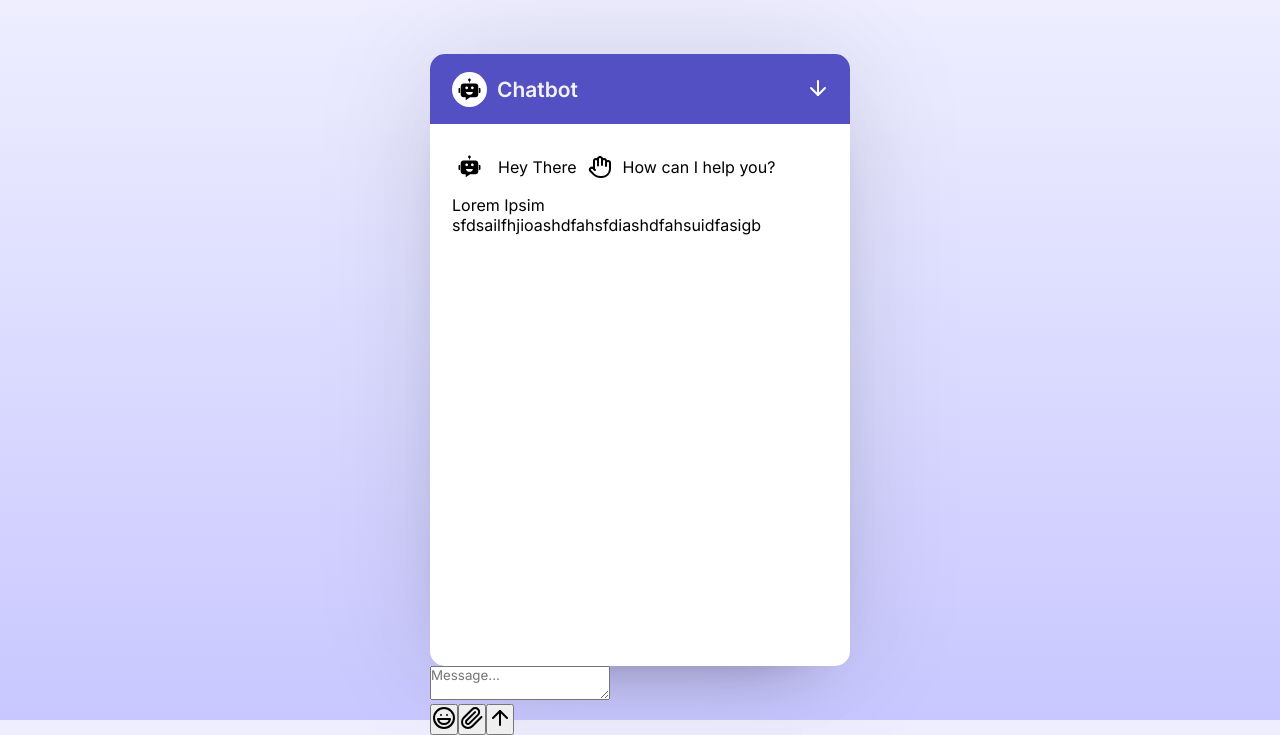
Repository: guilhermecardoso93/ai-bot
Page: /
The author's editor kept a copy of each file at every save. The page is drawn from the files as they stood at one save, then again after the next save.
The browser window is 1280 px wide. The pictures show the whole page.
The project was rebuilt for these pictures with package versions that can differ from the ones it lists, and the page was loaded fresh each time. Also part of the build but not shown: vite.config.js.

Above is the page before, as saved 2024-11-11 20:50:54.

### index.html
<!doctype html>
<html lang="en">

<head>
    <meta charset="UTF-8" />
    <link rel="icon" type="image/svg+xml" href="/vite.svg" />
    <link rel="preconnect" href="https://fonts.googleapis.com">
    <link rel="preconnect" href="https://fonts.gstatic.com" crossorigin>
    <link href="https://fonts.googleapis.com/css2?family=Inter:ital,opsz,wght@0,14..32,100..900;1,14..32,100..900&family=Outfit:wght@100..900&display=swap" rel="stylesheet">
    <meta name="viewport" content="width=device-width, initial-scale=1.0" />
    <title>Ai ChatBot</title>
</head>

<body>
    <div id="root"></div>
    <script type="module" src="/src/main.jsx"></script>
</body>

</html>

### src/index.css
:root {
  font-synthesis: none;
  text-rendering: optimizeLegibility;
  -webkit-font-smoothing: antialiased;
  -moz-osx-font-smoothing: grayscale;
}

* {
  padding: 0;
  margin: 0;
  box-sizing: border-box;
  font-family: "Inter", serif;
  font-optical-sizing: auto;
  font-style: normal;
}

body {
  display: flex;
  align-items: center;
  justify-content: center;
  min-height: 100vh;
  background: linear-gradient(#eeeeff, #c8c7ff);
}

.chatbot-popup {
  width: 420px;
  background: #ffff;
  overflow: hidden;
  border-radius: 15px;
  box-shadow: 0 0 128px rgba(0, 0, 0, 0.1), 0 32px 64px -48px rgba(0, 0, 0, 0.5);
}

.chat-header {
  display: flex;
  align-items: center;
  background-color: #5350c4;
  padding: 15px 22px;
  justify-content: space-between;
}

.chat-header .header-info {
  display: flex;
  align-items: center;
  gap: 10px;
}

.header-info .logo {
  width: 35px;
  width: 35px;
  background: #fff;
  border-radius: 50%;
  flex-shrink: 0;
  padding: 4px;
}

.header-info .logo-text {
  color: #f2f2f2;
  font-weight: 600;
  font-size: 1.31rem;
}

.chat-header #close-chatbot {
  border: none;
  color: #fff;
  height: 40px;
  width: 40px;
  border-radius: 50%;
  font-size: 1.9rem;
  cursor: pointer;
  margin-right: -10px;
  background: none;
  transition: 0.2s ease;
}

.chat-header #close-chatbot:hover {
  background-color: #3d39ac;
}

.chat-body {
  padding: 25px 22px;
  display: flex;
  gap: 20px;
  height: 460px;
  margin-bottom: 82px;
  flex-direction: column;
  overflow-y: auto;
}


.chat-body .message {
  display: flex;
  flex-direction: column;
  gap: 11px;
  align-items: start;
}

.chat-body .message-text-box {
  display: flex;
  gap: 11px;
  align-items: center;
  justify-content: space-between;

}

.chat-body .bot-avatar {
  width: 45px;
  width: 35px;
  background: #fff;
  border-radius: 50%;
  flex-shrink: 0;
  padding: 4px;
}

.chat-footer {
  position: absolute;
}

### src/App.jsx
import { Main } from "./components/Main";

export function App() {
  return (
    <>
      <Main />
    </>
  );
}

### src/components/Main.jsx
import { Hand, ArrowDown, Laugh, Paperclip, ArrowUp } from "lucide-react";
import Logo from "../assets/logo.svg";

export function Main() {
  return (
    <div className="chatbot-popup">
      {/* Header */}
      <div className="chat-header">
        <div className="header-info">
          <img src={Logo} alt="" className="logo" />
          <h2 className="logo-text">Chatbot</h2>
        </div>
        <button className="material-symbols-rounded" id="close-chatbot">
          <ArrowDown />
        </button>
      </div>

      {/* Body */}
      <div className="chat-body">
        <div className="message bot-message">
          <div className="message-text-box">
            <img src={Logo} alt="" className="bot-avatar" />
            <p className="message-text">Hey There</p>
            <Hand />
            <p>

              How can I help you?
            </p>
          </div>
          <div className="message-user">
            <p className="message-text">
              Lorem Ipsim sfdsailfhjioashdfahsfdiashdfahsuidfasigb
            </p>
          </div>
        </div>
      </div>

      {/* Footer */}
      <div className="chat-footer">
        <form action="" className="chat-form">
          <textarea
            placeholder="Message..."
            className="message-input"
          ></textarea>
          <div className="chat-controls">
            <button type="button" className="material-symbols-rounded">
              <Laugh />
            </button>
            <button type="button" className="material-symbols-rounded">
              <Paperclip />
            </button>
            <button type="button" className="material-symbols-rounded">
              <ArrowUp />
            </button>
          </div>
        </form>
      </div>
    </div>
  );
}

Loaded but not shown: src/main.jsx (common file)

After the next save:
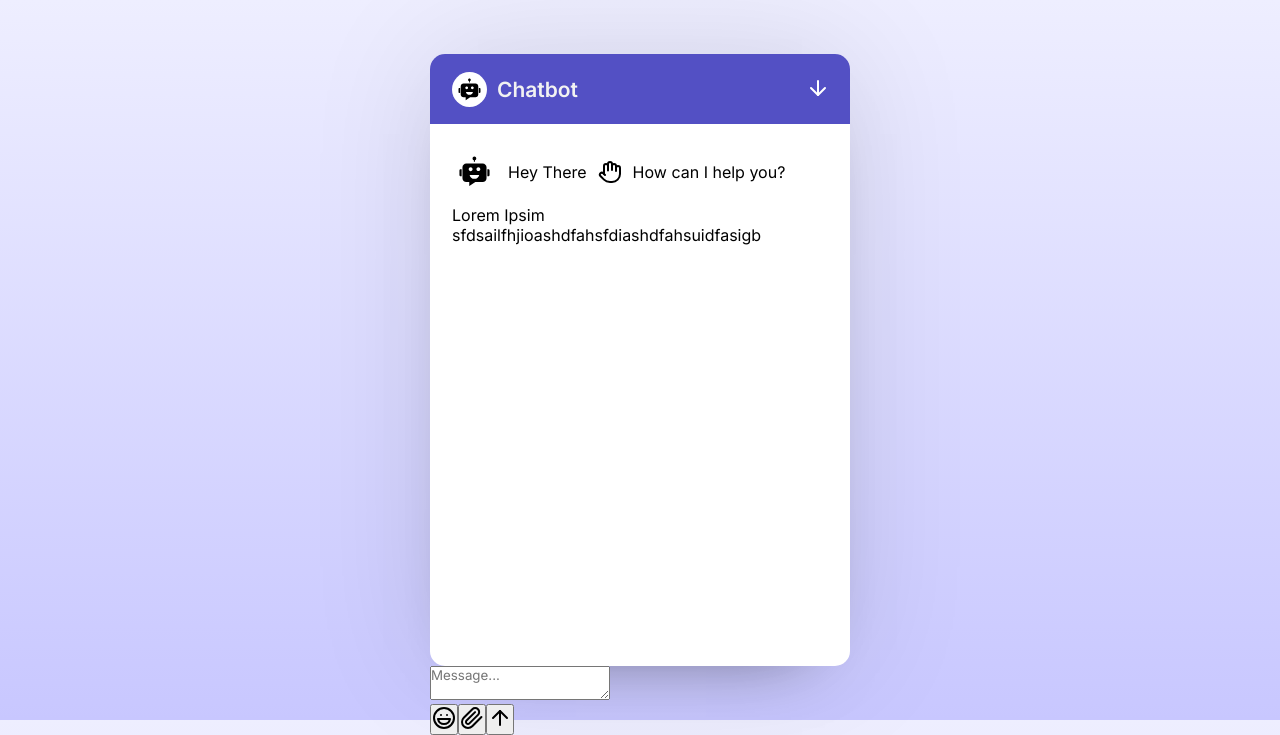
Saved 4 s later.
--- a/src/index.css
+++ b/src/index.css
@@ -104,7 +104,7 @@ body {
 
 .chat-body .bot-avatar {
   width: 45px;
-  width: 35px;
+  width: 45px;
   background: #fff;
   border-radius: 50%;
   flex-shrink: 0;
